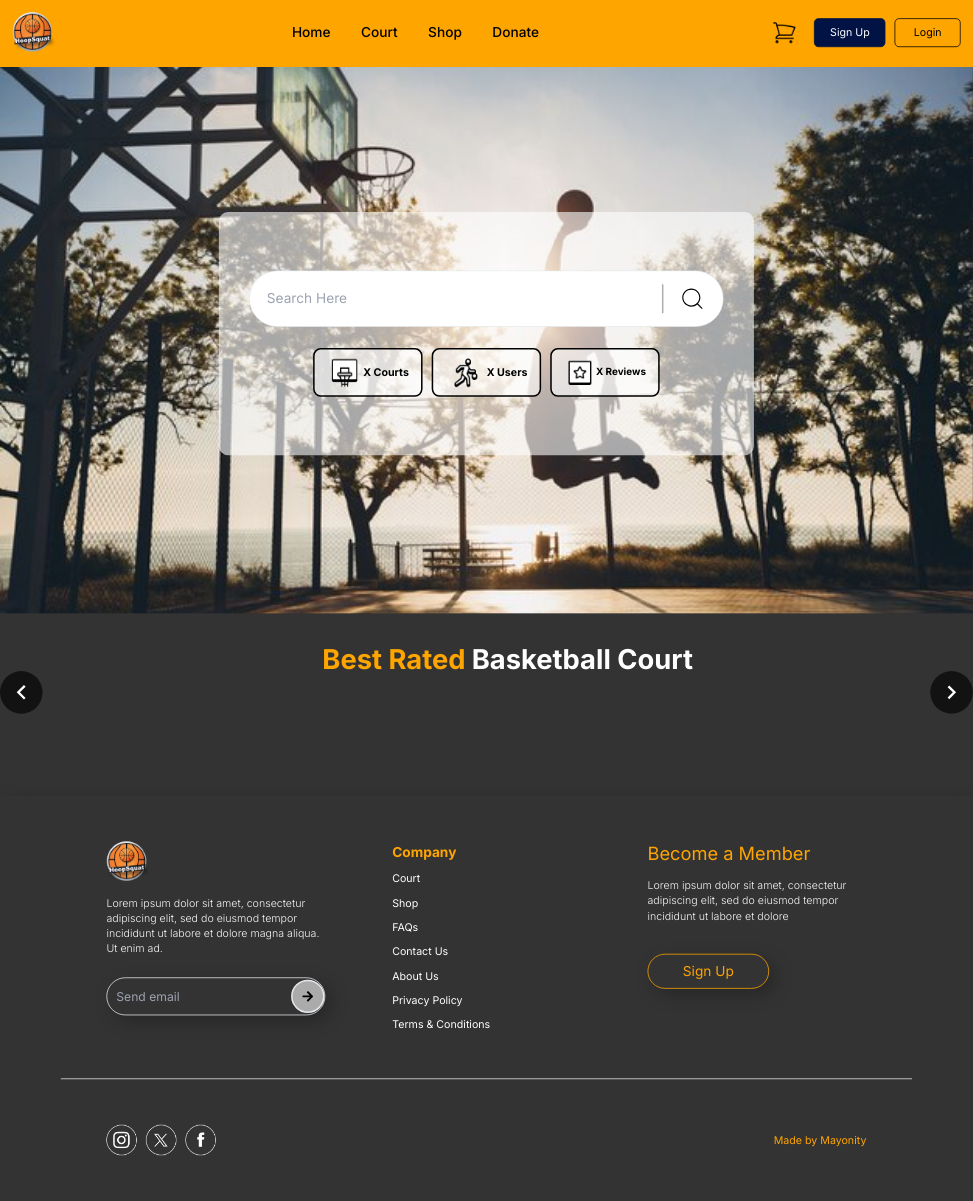
Repository: Abdul-Hannan232/basket-ball-website
Page: /
The author's editor kept a copy of each file at every save. The page is drawn from the files as they stood at one save, then again after a run of saves.
The browser window is 1280 px wide. The pictures show the whole page, at 76% of full size.
The page's requests for data from a server got no answer. The project was rebuilt for these pictures with package versions that can differ from the ones it lists, and the page was loaded fresh each time. The framework's server and built-in components were replaced by stand-ins that run in the browser. No one was signed in, and anything a server would have sent is missing. Also part of the build but not shown: next.config.mjs, app/utils/rating.js.

Above is the page before, as saved 2024-09-15 21:25:05.

### app/layout.tsx
import type { Metadata } from "next";
import { Inter } from "next/font/google";
import "./globals.css";
import Authprovider from "./component/Authprovider/Authprovider";

const inter = Inter({ subsets: ["latin"] });

export const metadata: Metadata = {
  title: "Basket Ball",
  description: "Generated by create next app",
};

export default function RootLayout({
  children,
}: Readonly<{
  children: React.ReactNode;
}>) {
  return (
    <html lang="en">
      <head>
        <link rel="icon" href="/favicon.png" />
        <title>Basket Ball</title>
      </head>
      <body className={inter.className}>
        <Authprovider>
          {children}
        </Authprovider>
      </body>
    </html>
  );
}

### app/page.tsx
import HomePage from "./component/HomeComponent"
export default function Home() {
  return (
    <>
      <HomePage />
    </>
  );
}

### app/globals.css
@import url('https://fonts.googleapis.com/css2?family=Poppins:wght@100;200;400&display=swap');
@import url('https://fonts.googleapis.com/css2?family=Poppins:ital,wght@0,100;0,200;0,300;0,400;0,500;0,600;0,700;0,800;0,900;1,100;1,200;1,300;1,400;1,500;1,600;1,700;1,800;1,900&display=swap');
@tailwind base;
@tailwind components;
@tailwind utilities;
/* Styling for the pagination container */
.custom-paginator .p-paginator {
  @apply  rounded-lg p-4 mt-2 flex flex-row gap-10 fixed  right-0;
}
.poppins-bold {
  font-family: "Poppins", sans-serif;
  font-weight: 700;
  font-style: normal;
}
.hover-design{
  background: linear-gradient(90deg, #FFA500 0%, rgba(255, 165, 0, 0.09) 85.85%);

}
/* Styling for individual page numbers */
.custom-paginator .p-paginator .p-paginator-page {
  @apply bg-white text-black rounded-md w-10 h-10 inline items-center text-center justify-center mx-1;
}

/* Highlighted page number styling */
.custom-paginator .p-paginator .p-paginator-page.p-highlight {
  @apply bg-[#FFA500] text-white inline text-center flex-row;
}

/* Styling for previous and next buttons */
.custom-paginator .p-paginator .p-paginator-prev,
.custom-paginator .p-paginator .p-paginator-next {
  @apply bg-[#CACACA] p-1 text-black flex flex-row rounded-md;
}

body {
  background-color: rgba(51, 51, 51, 1);
  color: white;
  font-family: 'Poppins', sans-serif;
}

.shadow {
  box-shadow: 8px 8px 24px 0px #00000040;

}
.banner {
  background-image: url('/banner.png');
  background-position: center;
  background-size: cover;
  width: 100%;
  background-repeat: no-repeat;
}
.backColor{
  background: linear-gradient(90.35deg, #FFA500 0.24%, #FF7D05 99.7%);

}
.mobilebanner {
  background-image: url('/mobildbanner.png');
  background-position: center;
  background-size: cover;
  background-repeat: no-repeat;
}
@media only screen and (max-width:320px) {
  .slick-slide {
    margin-left:5px; /* Adjust the value as needed */
  }
}
.slick-slide {
  margin-left:5px; /* Adjust the value as needed */
}
.bounceball {
  position: relative;
  display: inline-block;
  height: 20px;
  width: 15px;
  /* Adjust the width as needed */
}

.bounceball:before {
  position: absolute;
  content: '';
  display: block;
  top: 0;
  width: 25px;
  /* Adjust the width as needed */
  height: 20px;
  border-radius: 50%;
  background-color: #FFA500;
  transform-origin: 50%;
  animation: bounce 500ms alternate infinite ease;
}

@layer
{
  .wrap {
    @apply absolute top-1/2 left-1/2 transform -translate-x-1/2 -translate-y-1/2;
  }
}
@keyframes bounce {
  0% {
    top: 70px;
    height: 5px;
    border-radius: 60px 60px 20px 20px;
    transform: scaleX(2);
  }

  35% {
    height: 15px;
    border-radius: 50%;
    transform: scaleX(1);
  }

  100% {
    top: 0;
  }
}


.animate-bounce {
  animation: bounce 500ms alternate infinite ease;
}

/* Api loading */
.loader {
  width: 48px;
  height: 48px;
  display: inline-block;
  position: relative;
}
.loader::after,
.loader::before {
  content: '';
  box-sizing: border-box;
  width: 48px;
  height: 48px;
  border-radius: 50%;
  border: 2px solid #FFA500;
  position: absolute;
  left: 0;
  top: 0;
  animation: animloader 2s linear infinite;
}
.loader::after {
  animation-delay: 1s;
}

@keyframes animloader {
  0% {
    transform: scale(0);
    opacity: 1;
  }
  100% {
    transform: scale(1);
    opacity: 0;
  }
}

### app/component/Authprovider/Authprovider.js
"use client"
import React from "react";
import { SessionProvider } from "next-auth/react";
const Authprovider = ({children}) => {
    return (
        <SessionProvider>
             {children}
        </SessionProvider>
    )
}
export default Authprovider

### app/component/HomeComponent.js
import React from 'react'
import Navbar from './NavBarComponent'
import Image from 'next/image'
import { CiSearch } from "react-icons/ci"
import Footer from "./FooterComponent"
import BasketBall from "./CourtsSlider"
const HomeComponent = () => {
  return (
    <div>
      <Navbar/>
      <div className=' md:banner mobilebanner   md:h-[100vh] h-[250px]'  >
        <div className='relative  flex flex-col md:justify-center md:mt-0 pt-14 items-center md:h-[90vh] '>
          <div className='bg-white absolute lg:w-[55%] w-[90%] mx-auto md:h-80 h-36 flex flex-col justify-center it-center  bg-opacity-60 rounded-xl  right-0 left-0'>
            <div className='relative lg:mx-10 mx-5 border bg-white text-black flex items-center   rounded-full'>
              <input type='text' placeholder='Search Here' className='text-black md:text-lg text-xs border-transparent outline-none hover:border-[#FFA500] border-2 md:p-5 p-3 w-full rounded-full ' />
              <CiSearch className="absolute text-black md:w-20 w-8 px-1 my-2 md:h-10 h-6 right-0 text-4xl border-2 border-[#AFAFAF] border-t-transparent border-r-transparent border-b-transparent  md:top- " />
            </div>
            <div className='flex justify-center gap-3 mt-7 '>
              <div className='bg-white text-center text-black bg-opacity-60 border-[#000000] border-2 flex justify-center items-center md:rounded-[10px] rounded-[7px] md:p-4 p-2 md:w-36 w-22  md:h-16 h-10'>

                <Image src="/Basketball Net.png" alt="basket" width={100} height={50} className='md:w-10 mx-auto mt-1 md:h-12 w-6 h-8 ' />
                <p className='md:text-sm text-[8px]  font-bold'>X Courts</p>
              </div>
              <div className='bg-white text-center text-black bg-opacity-60 border-[#000000] border-2 flex justify-center items-center md:rounded-[10px] rounded-[7px] md:p-4 p-2 md:w-36 w-22  md:h-16 h-10'>

                <Image src="/Basketball Player.png" alt="basket" width={100} height={50} className='md:w-10 mx-auto  md:h-10 w-6 h-6 ' />
                <p className='md:text-sm text-[8px]  font-bold'>X Users</p>
              </div>
              <div className='bg-white text-center text-black bg-opacity-60 border-[#000000] border-2 flex justify-center items-center md:rounded-[10px] rounded-[7px] md:p-4 p-2 md:w-36 w-22  md:h-16 h-10'>

                <Image src="/Rating.png" alt="basket" width={100} height={50} className='md:w-10 mx-auto  md:h-10 w-6 h-6 ' />
                <p className='md:text-[13px] text-[8px]  font-bold'>X Reviews</p>
              </div>

            </div>
          </div>
        </div>
      </div>
      <BasketBall slide={"carousel"} />
      <Footer/>
    </div>
  )
}

export default HomeComponent

### app/component/CourtsSlider.js
"use client"
import React, { useRef, useState, useEffect } from 'react';
import Slider from 'react-slick';
import { RiArrowLeftSLine } from 'react-icons/ri';
import { MdOutlineKeyboardArrowRight } from "react-icons/md"
import 'slick-carousel/slick/slick.css';
import 'slick-carousel/slick/slick-theme.css';
import Image from 'next/image';
import Link from 'next/link';
import renderStars from "../utils/rating"
import { allCourts as fetchAllCourts } from "../services/courtsServices"; // Rename the imported function
const settings = {
    infinite: true,
    speed: 500,
    slidesToShow: 3.5,
    slidesToScroll: 1,
    responsive: [
        {
            breakpoint: 1267, // Adjust the breakpoint as needed
            settings: {
                slidesToShow: 2.5,
                slidesToScroll: 2,
            },
        },
        {
            breakpoint: 959, // Adjust the breakpoint as needed
            settings: {
                slidesToShow: 2,
                slidesToScroll: 2,
            },
        },

        {
            breakpoint: 320, // Adjust the breakpoint as needed
            settings: {
                slidesToShow: 1.1,
                slidesToScroll: 1,
            },
        },
    ],
    prevArrow: <></>, // Hides the previous arrow
    nextArrow: <></>,
};
const CourtsSlider = ({ slide }) => {
    const sliderRef = useRef(null);
    const [spinner, setSpinner] = useState(false)

    const goToPrev = () => {
        sliderRef.current.slickPrev();
    };

    const goToNext = () => {
        sliderRef.current.slickNext();
    };

    const [allCourts, setAllCourts] = useState([]); // Initialize with an empty array

    useEffect(() => {
        setSpinner(true)
        const getCourts = async () => {
            try {
                const response = await fetchAllCourts(); // Use the renamed function
                setAllCourts(response.data.courts); // Store the fetched data in state
            } catch (error) {
                console.error("Failed to fetch courts data:", error);
                // You can also add error handling for the UI here
            } finally {
                setSpinner(false)
            }
        };

        getCourts();
    }, []);
    return (
        <div >
            {slide === 'carousel' ? (
                <div className="  2xl:ml-32 md:ml-14 md:pt-10 pt-10 z-10 2xl:mb-40 md:mb-20" id="Testimonials" style={{ position: 'relative' }}>
                    <div className='2xl:text-6xl md:text-4xl text-xl font-bold md:mb-20 mb-10 flex justify-center items-center gap-2 '>
                        <h1 className='text-[#FFA500]'>Best Rated </h1>
                        <h1>Basketball Court</h1>
                    </div>
                    <div className="flex justify-center">
                        {spinner ? <span className="loader"></span> : null}
                    </div>



                    <Slider ref={sliderRef} {...settings}>

                        {allCourts.map((item, index) => (
                            <div key={index} className=''>
                                <div className='relative shadow cursor-pointer text-black rounded-md 2xl:w-[450px] md:w-[300px] w-[250px] group'>
                                    <div className='absolute inset-0 bg-black opacity-0 z-20 group-hover:opacity-70 transition-opacity'></div>

                                    <div className='bg-[#D9D9D9] relative rounded-md overflow-hidden'>
                                        {/* Image and content */}

                                        <Image src={item.images?.[0]
                                            ? `${process.env.NEXT_PUBLIC_IMAGE_URL}/${item.images[0]}`
                                            : '/basketBALL.png'} alt="image" width={343} height={228} className='rounded-t-xl h-60 2xl:w-[400px]' />

                                        <div className='flex items-center justify-center float-right -mt-5 shadow z-10 absolute right-0 p-3 w-32 gap-2 rounded-l-xl bg-white text-black'>

                                            <Image src={item.type === "indoor" ? "/Roofing.png" : "/Basketball Court.png"}
                                                alt="shelter" width={24} height={24} />
                                            <p>{item.type}</p>
                                        </div>
                                        <div className='m-5'>
                                            {/* <Image src="/star.png" alt="image" width={112} height={20} /> */}
                                            <div className='flex items-center'>
                                                {renderStars(item.ratings)}
                                            </div>
                                            <p className='text-[10px] mt-1 font-bold'>{item.rating.length} reviews</p>
                                            <h1 className='text-xl font-bold mb-5'>{item.name}</h1>
                                            <p className='w-32 text-xs font-medium mt-1'>{item.location}</p>
                                            <button className='bg-[#FFA500] p-2 mb-5 mt-10 text-black font-bold text-sm w-full shadow'>
                                                View Court
                                            </button>
                                        </div>

                                        {/* Overlay with Maintenance Button */}
                                        <div className='flex flex-col items-center h-96 justify-center z-40 absolute inset-0 opacity-0 group-hover:opacity-100 transition-opacity'>
                                            <button className='bg-[#232323] py-2 px-4 rounded-full text-white'>
                                                Maintenance
                                            </button>
                                        </div>
                                    </div>
                                </div>

                            </div>
                        ))}

                    </Slider>
                    <div style={{ position: 'absolute', transform: 'translateY(-50%)', zIndex: '1' }} className='2xl:top-[45%] lg:top-[65%] top-[35%] md:w-[100%] flex justify-between w-[100%] mx-auto'>
                        <div className=' slick- slick-arrow md:-ml-14 '>
                            <div onClick={goToPrev} className='bg-[#000000A6] text-white text-7xl md:p-[10px] flex items-center justify-center cursor-pointer md:w-14 md:h-14 w-10 h-10 text-center font-bold  rounded-full'>
                                <RiArrowLeftSLine />
                            </div>
                        </div>
                        <div className='slick- slick-arrow'>
                            <div className="bg-[#000000A6] text-white text-7xl md:p-[10px] flex items-center justify-center cursor-pointer md:w-14 md:h-14 w-10 h-10 text-center font-bold  rounded-full" onClick={goToNext}>
                                <MdOutlineKeyboardArrowRight />
                            </div>
                        </div>

                    </div>
                </div>
            ) : (
                <>
                    <div className="flex justify-center mt-[30px]">
                        {spinner ? <span className="loader"></span> : null}
                    </div>
                    <div className='grid xl:grid-cols-4 lg:grid-cols-3 md:grid-cols-2 grid-cols-1 gap-20 w-[80%] md:mt-20 mt-5 md:mx-auto mx-5'>

                        {allCourts.map((item, index) => (
                            <div key={index} className='relative  shadow text-black rounded-md 2xl:w-[300px] xl:w-[250px] md:w-[250px] w-[280px] group'>
                                <div className='bg-[#D9D9D9] relative rounded-md overflow-hidden'>
                                    {/* Overlay */}
                                    <div className='absolute inset-0 bg-black opacity-0  group-hover:opacity-70 transition-opacity'></div>

                                    {/* Maintenance Button (Initially Hidden) */}
                                    <div className='flex flex-col items-center h-80 justify-center z-20 absolute inset-0 opacity-0 group-hover:opacity-100 transition-opacity'>
                                        <button className='bg-[#232323] py-2 px-4 rounded-full text-white'>
                                            Maintenance
                                        </button>
                                    </div>

                                    <Image src={item.images?.[0]
                                        ? `${process.env.NEXT_PUBLIC_IMAGE_URL}/${item.images[0]}`
                                        : '/basketBALL.png'} alt="image" width={343} height={228} className='rounded-t-xl 2xl:w-[450px]' />

                                    <div className='flex items-center justify-center float-right -mt-5 shadow  absolute right-0 p-3 w-32 gap-2 rounded-l-xl bg-white text-black'>

                                        <Image src={item.type === "indoor" ? "/Roofing.png" : "/Basketball Court.png"}
                                            alt="shelter" width={24} height={24} />
                                        <p>{item.type}</p>
                                    </div>

                                    <div className='m-5 relative'>
                                        {/* <Image src="/star.png" alt="image" width={60} height={20} />
                         */}
                                        <div className='flex items-center'>
                                            {renderStars(item.ratings)}
                                        </div>
                                        <p className='text-[10px] mt-1 font-bold'>{item.rating.length} reviews</p>
                                        <h1 className='text-lg font-bold mb-2'>{item.name}</h1>
                                        <p className='w-32 text-xs font-medium '>{item.location}</p>
                                        <button className='bg-[#FFA500] p-2 mb-3 mt-3 rounded-md text-black font-bold text-sm w-full shadow'>
                                            View Court
                                        </button>
                                    </div>
                                </div>
                            </div>


                        ))}
                    </div>
                </>
            )}

        </div >
    );
};

export default CourtsSlider;

### app/customHook/useAuthToken.js
import { useSession } from "next-auth/react";
import Cookies from "js-cookie";
import {jwtDecode} from "jwt-decode";

export const useAuthToken = () => {
  const { data: session } = useSession();

  const token = session?.authToken || Cookies.get("authToken");

  let decodedToken = null;
  if (token) {
    try {
      decodedToken = jwtDecode(token);
    } catch (error) {
      console.error("Invalid token:", error.message);
    }
  }

  return { token, decodedToken };
};

### app/services/courtsServices.js
import axios from "axios";
import Cookies from 'js-cookie';
export const allCourts = async (token) =>{
    try {

        const response = await axios.get(
            `${process.env.NEXT_PUBLIC_API_URL}/court/all`,
            {
                headers: {
                    Authorization: `Bearer ${token}`,
                },
            }
        );

        return response;
    }
    catch (error) {
        console.log("all Courts",error.response)
        return error.response || { message: "An error occurred", error };
    }

}

export const addCourt = async (body,token) => {

    try {
         const response = await axios.post(
            `${process.env.NEXT_PUBLIC_API_URL}/court/add`,
            body,
            {
                headers: {
                    Authorization: `Bearer ${token}`,                },
            }
        );

        return response;
    } catch (error) {
        return error.response;
    }
};

Loaded but not shown: tailwind.config.ts (common file); app/component/NavBarComponent.js (132 lines, source omitted); app/component/FooterComponent.js (94 lines, source omitted)

After the next 2 saves:
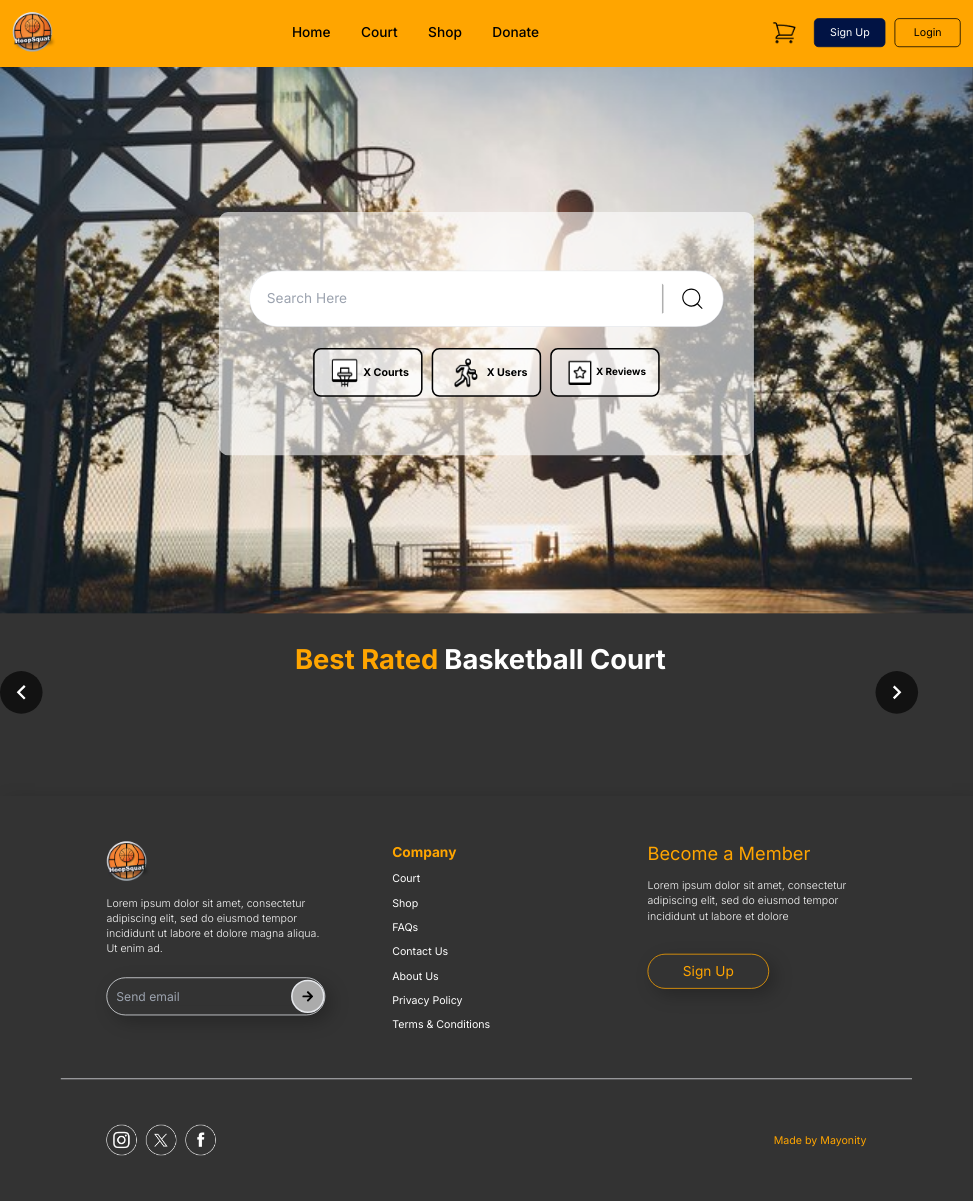
The 2 saves are shown as one change because they came seconds apart.
The last was saved 12 s later.
--- a/app/component/CourtsSlider.js
+++ b/app/component/CourtsSlider.js
@@ -74,7 +74,7 @@ const CourtsSlider = ({ slide }) => {
     return (
         <div >
             {slide === 'carousel' ? (
-                <div className="  2xl:ml-32 md:ml-14 md:pt-10 pt-10 z-10 2xl:mb-40 md:mb-20" id="Testimonials" style={{ position: 'relative' }}>
+                <div className="  2xl:ml-32 md:ml-14 md:pt-10 pt-10 w-[90%] z-10 2xl:mb-40 md:mb-20" id="Testimonials" style={{ position: 'relative' }}>
                     <div className='2xl:text-6xl md:text-4xl text-xl font-bold md:mb-20 mb-10 flex justify-center items-center gap-2 '>
                         <h1 className='text-[#FFA500]'>Best Rated </h1>
                         <h1>Basketball Court</h1>
